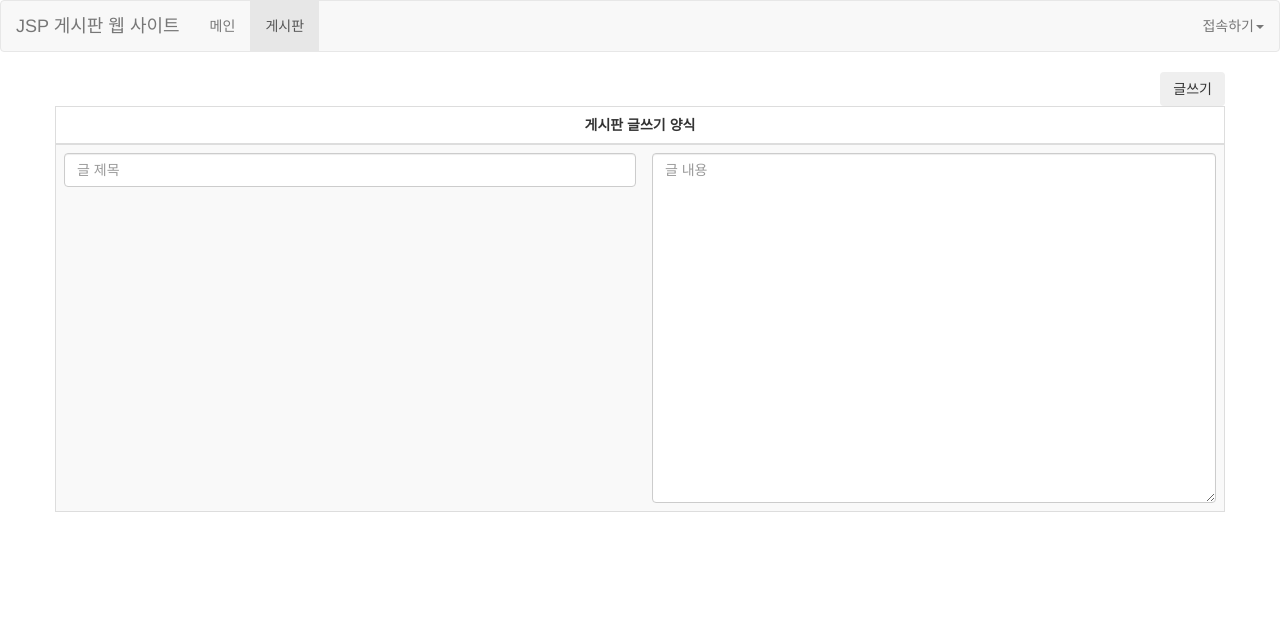
Repository: ehdgus0221/JAVA
Page: http://localhost/BBS/write.jsp
These files come from the project's save history. The page is drawn as it stood at one moment and after the next save; the edit follows.
The browser window is 1280 px wide. The pictures show the whole page.
Some web libraries are served in a nearby version. The page is served by Tomcat 9. Other server files are loaded and not shown.

Above is the page before, as saved 2022-12-24 05:56:23.

### Board-Basic/projects/BBS/src/main/webapp/write.jsp
<!-- 가장 많이 쓰이는 인코딩 UTF-8로 바꾸기, 한글,영어 둘다 지원 -->
<%@ page language="java" contentType="text/html; charset=UTF-8"
    pageEncoding="UTF-8"%>
 <%@ page import="java.io.PrintWriter" %>
<!DOCTYPE html>
<html>
<head>
<meta charset="UTF-8">
<!-- 반응형 웹에서 사용되는 meta 태그 사용 -->
<meta name="viewport" content="width=device-width", initial-scale="1">
<link rel="stylesheet" href="css/bootstrap.css">
<title>JSP 게시판 웹 사이트</title>
</head>
<body>
	<%
	//로그인을 한 사람은 userID변수에 값이 들어간다.
		String userID = null;
	if (session.getAttribute("userID") != null){
		userID=(String)session.getAttribute("userID");
	}
	%>

	<nav class="navbar navbar-default">
		<div class="navbar-header">
			<button type="button" class="navbar-toggle collapsed"
				data-toggle="collapse" data-target="#bs-example-navbar-collapse-1"
				aria-expanded="false">
				<span class="icon-bar"></span>
				<span class="icon-bar"></span>
				<span class="icon-bar"></span>
			</button>
			<a class="navbar-brand" href="main.jsp">JSP 게시판 웹 사이트</a>
		</div>
		<div class="collapse navbar-collapse" id="bs-example-navbar-collapse-1">
			<ul class="nav navbar-nav">
				<li><a href="main.jsp">메인</a></li>
				<li class="active"><a href="bbs.jsp">게시판</a></li>
			</ul>
			<%
				if(userID == null) {
			%>
			<ul class="nav navbar-nav navbar-right">
				<li class="dropdown">
				<a href="#" class="dropdown-toggle"
					data-toggle="dropdown" role="button" aria-haspopup="true"
					aria-expanded="false">접속하기<span class="caret"></span></a>
					<ul class="dropdown-menu">
						<li><a href="login.jsp">로그인</a></li>
						<li><a href="join.jsp">회원가입</a></li>
					</ul>
				</li>
			</ul>
			<%
				} else{
			%>
			<ul class="nav navbar-nav navbar-right">
				<li class="dropdown">
				<a href="#" class="dropdown-toggle"
					data-toggle="dropdown" role="button" aria-haspopup="true"
					aria-expanded="false">회원가입<span class="caret"></span></a>
					<ul class="dropdown-menu">
						<li><a href="logoutAction.jsp">로그아웃</a></li>
					</ul>
				</li>
			</ul>

			<%
				}
			%>

		</div>
	</nav>
	<div class="container">
		<div class="row">
			<table class="table table-striped" style="text-align:center; border: 1px solid #dddddd">
				<thead>
					<tr>
						<th colspan="2" style="backgroud-color: #eeeeee; text-align:center;">게시판 글쓰기 양식</th>
				</thead>
				<tbody>
					<tr>
						<td><input type="text" class="form-control" placeholder="글 제목" name="bbsTitle" maxlength="50"></td>
						<td><textarea type="text" class="form-control" placeholder="글 내용" name="bbsContent" maxlength="2048" style="height: 350px;"></textarea></td>
					</tr>
				</tbody>
				<input type="submit" class="btn btn:primary pull-right" value="글쓰기">
			</table>

		</div>
	</div>
	<!-- 애니메이션 기능으로 script 태그 사용 -->
	<script src="https://code.jquery.com/jquery-3.1.1.min.js"></script>
	<script src="js/bootstrap.js"></script>
</body>
</html>

Loaded but not shown: Board-Basic/projects/BBS/src/main/webapp/css/bootstrap.css (library); Board-Basic/projects/BBS/src/main/webapp/js/bootstrap.js (library)

After the next save:
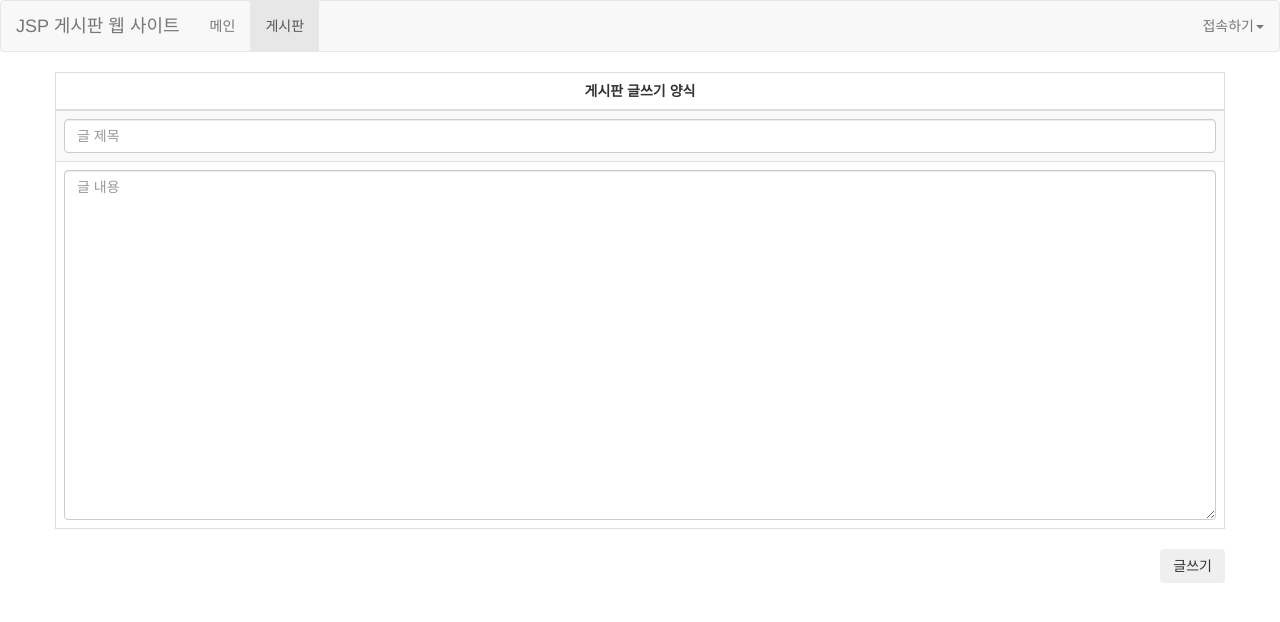
Saved 3 min 15 s later.
--- a/Board-Basic/projects/BBS/src/main/webapp/write.jsp
+++ b/Board-Basic/projects/BBS/src/main/webapp/write.jsp
@@ -72,20 +72,23 @@
 	</nav>
 	<div class="container">
 		<div class="row">
-			<table class="table table-striped" style="text-align:center; border: 1px solid #dddddd">
-				<thead>
-					<tr>
-						<th colspan="2" style="backgroud-color: #eeeeee; text-align:center;">게시판 글쓰기 양식</th>
-				</thead>
-				<tbody>
-					<tr>
-						<td><input type="text" class="form-control" placeholder="글 제목" name="bbsTitle" maxlength="50"></td>
-						<td><textarea type="text" class="form-control" placeholder="글 내용" name="bbsContent" maxlength="2048" style="height: 350px;"></textarea></td>
-					</tr>
-				</tbody>
+			<form method="post" action="writeAction.jsp">
+				<table class="table table-striped" style="text-align:center; border: 1px solid #dddddd">
+					<thead>
+						<tr>
+							<th colspan="2" style="backgroud-color: #eeeeee; text-align:center;">게시판 글쓰기 양식</th>
+					</thead>
+					<tbody>
+						<tr>
+							<td><input type="text" class="form-control" placeholder="글 제목" name="bbsTitle" maxlength="50"></td>
+						</tr>
+						<tr>
+							<td><textarea class="form-control" placeholder="글 내용" name="bbsContent" maxlength="2048" style="height: 350px;"></textarea></td>
+						</tr>
+					</tbody>
+				</table>
 				<input type="submit" class="btn btn:primary pull-right" value="글쓰기">
-			</table>
-
+			</form>
 		</div>
 	</div>
 	<!-- 애니메이션 기능으로 script 태그 사용 -->
